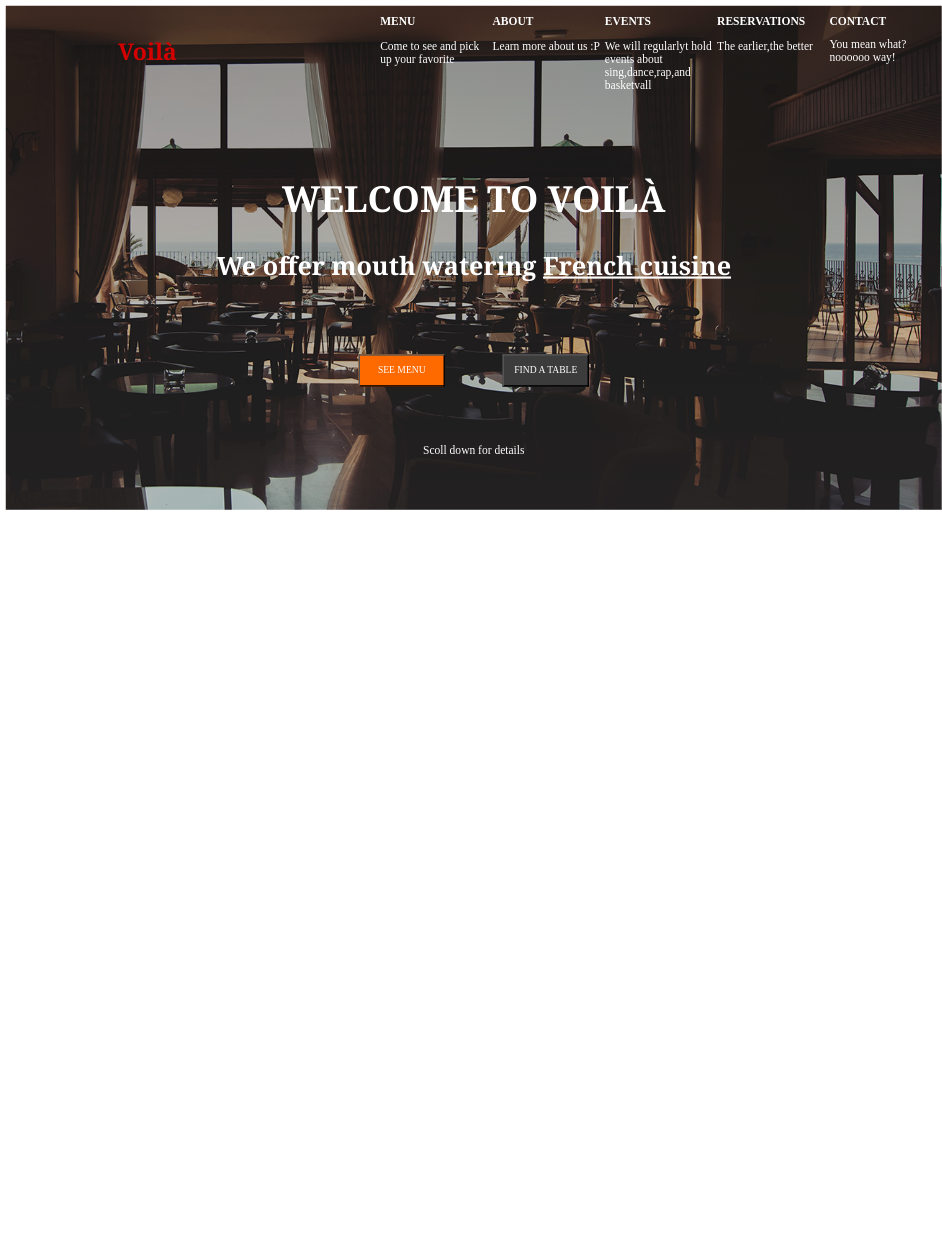
Repository: sis-shen/HTML_vsc
Page: adc_v2/index.html
An editor plug-in stored every save of this project. The page is shown before and after the next save, followed by the edit.
The browser window is 1280 px wide. The page is 1308 px wide, so the pictures cover 1308 px, including what lies to the right of the window. The pictures show the whole page, at 72% of full size.

Above is the page before, as saved 2023-08-14 09:04:54.

After the next save:
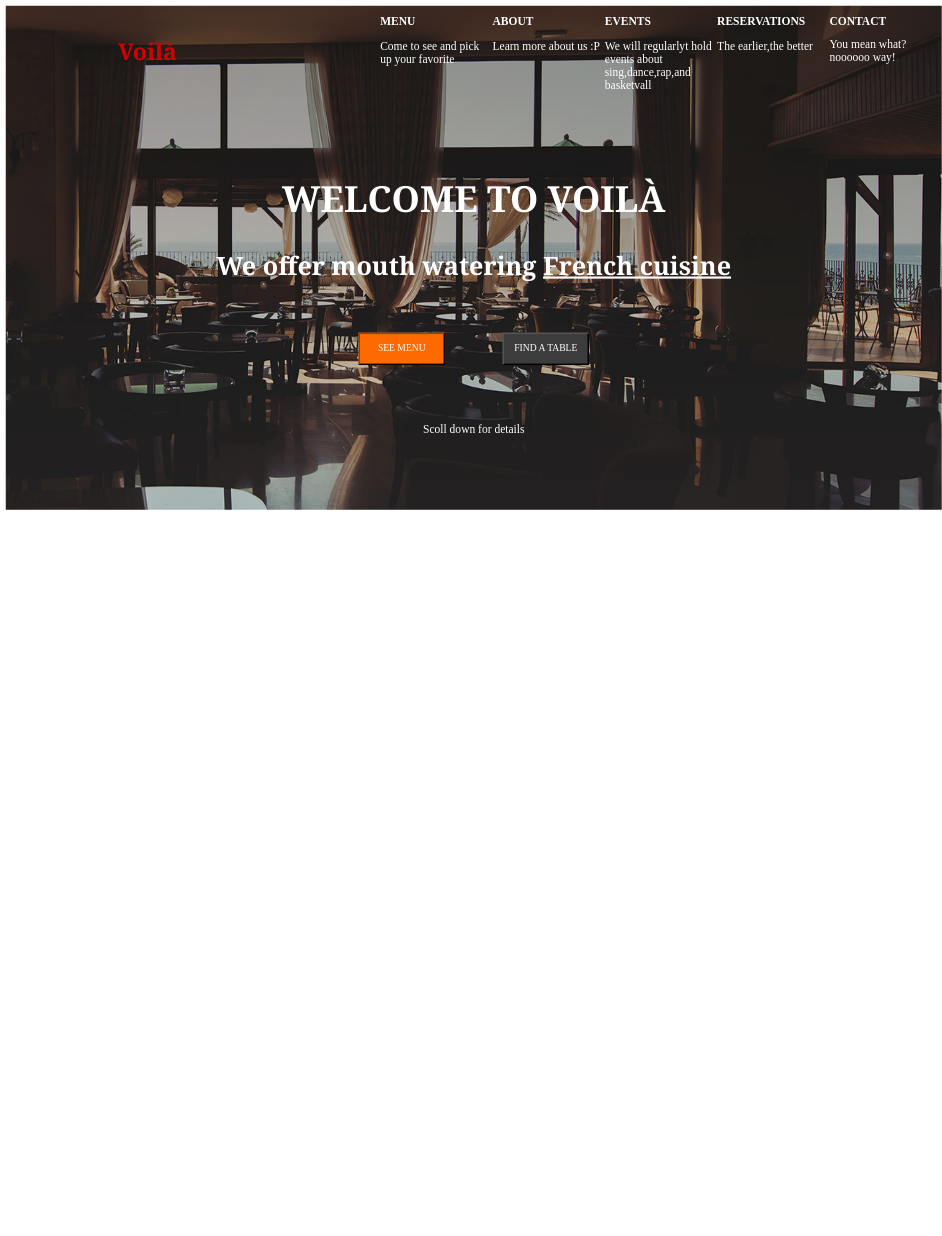
Saved 7 s later.
--- a/adc_v2/style.css
+++ b/adc_v2/style.css
@@ -70,7 +70,7 @@ body {
     display: flex;
     align-items: center;
     justify-content: center;
-    margin-top: 100px;
+    margin-top: 70px;
 }
 
 .button-box button{
